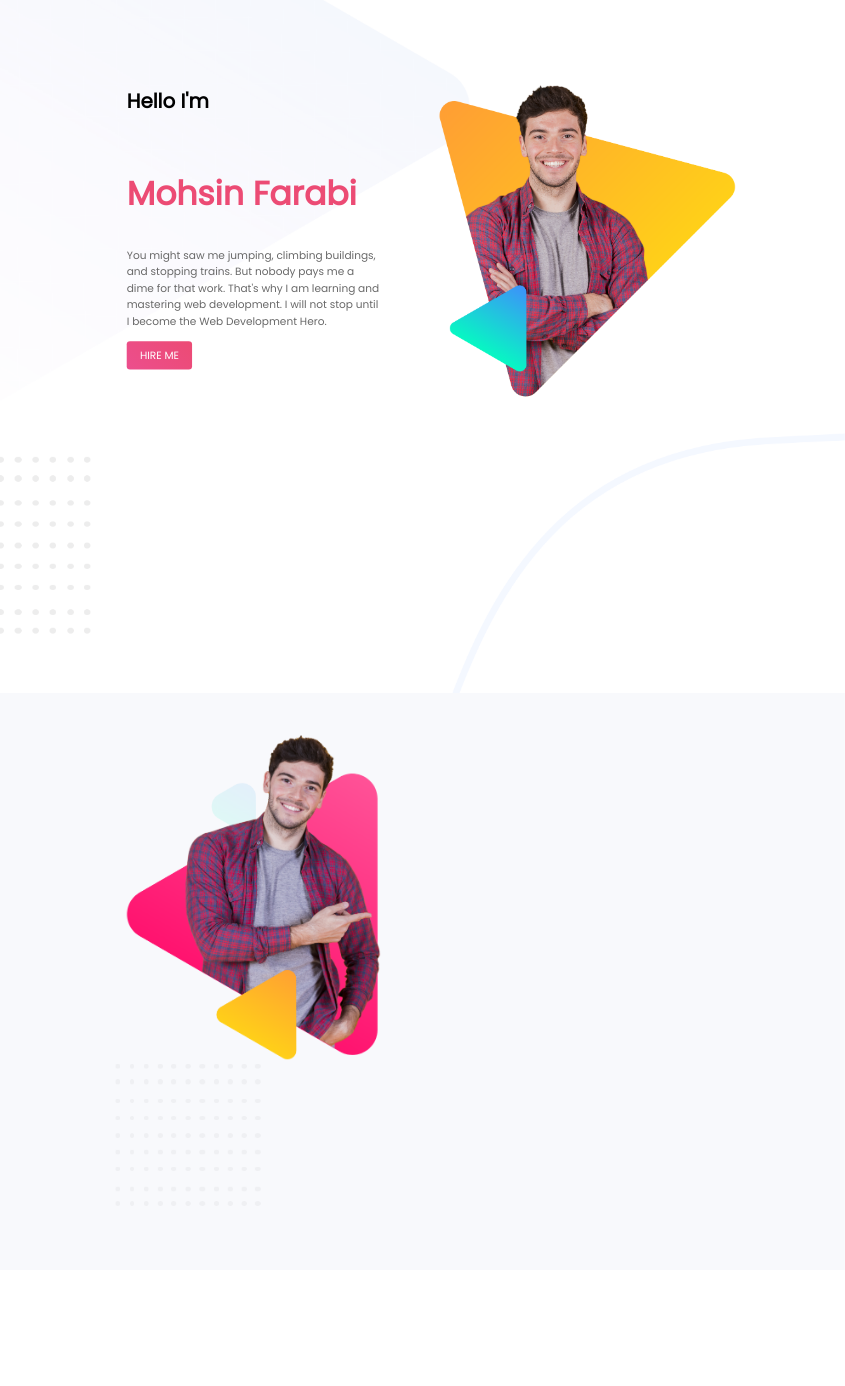
Repository: mohsinfarabi/personal-website
Page: index.html
The author's editor kept a copy of each file at every save. The page is drawn from the files as they stood at one save, then again after a run of saves.
The browser window is 1280 px wide. The pictures show the whole page, at 66% of full size.

Above is the page before, as saved 2020-07-01 15:46:57.

### index.html
<!DOCTYPE html>
<html lang="en">

<head>
    <meta charset="UTF-8">
    <meta name="viewport" content="width=device-width, initial-scale=1.0">
    <link href="https://fonts.googleapis.com/css2?family=Poppins" rel="stylesheet">
    <link rel="stylesheet" href="style.css">
    <title>Farabi - Web Developer</title>
</head>

<body>
    <section class="header-banner">
        <div class="half-width">
            <h3>Hello I'm</h3>
            <h2>Mohsin Farabi</h2>
            <p>You might saw me jumping, climbing buildings, and stopping trains. But nobody pays me a dime for that work. That's why I am learning and mastering web development. I will not stop until I become the Web Development Hero.</p>
            <a class="link-button" target="_blank" href="https://www.linkedin.com/in/mohsin-farabi-68655040/">HIRE ME</a>
        </div>

        <div class="img-width">
            <img src="images/peter.png" alt="">
        </div>
    </section>
    <section class="biography">
        <div class="half-width">
            <img src="images/peter_dream.png" alt="">
        </div>
        <div class="half-width">

        </div>
    </section>



</body>

</html>

### style.css
body {
    margin: 0;
    font-family: 'Poppins', sans-serif;
    width: 100%;
    height: 100%;
}

h2 {
    font-size: 50px;
    color: #ec4b74;
}

h3 {
    font-size: 30px;
}

p {
    color: dimgray;
    margin-bottom: 7%;
}

.half-width {
    width: 30%;
    float: left;
    margin-left: 10%;
    padding: 5%;
}

.half-width h2 {
    padding-top: 10%;
}

.half-width h3 {
    padding-top: 10%;
}

.half-width img {
    width: 100%;
    height: 100%;
}

.img-width {
    width: 35%;
    float: left;
    margin-left: 2%;
    margin-top: 10%;
    padding-left: 0;
}

.img-width img {
    width: 100%;
    height: 100%;
}

section {
    height: 900px;
    padding-bottom: 150px;
}

.link-button {
    text-decoration: none;
    background-image: linear-gradient(45deg, #ec4e8d, #ec4b74);
    padding: 10px 20px;
    border-radius: 5px;
    color: white;
    font-weight: 400;
}

.header-banner {
    background-image: url("images/header-bg.png");
    background-repeat: no-repeat;
}

.biography {
    background-image: url("images/biography-bg.png");
    background-repeat: no-repeat;
}

.latest-work {
    background-image: url("images/latest-work-bg.png");
    background-repeat: no-repeat;
}

After the next 2 saves:
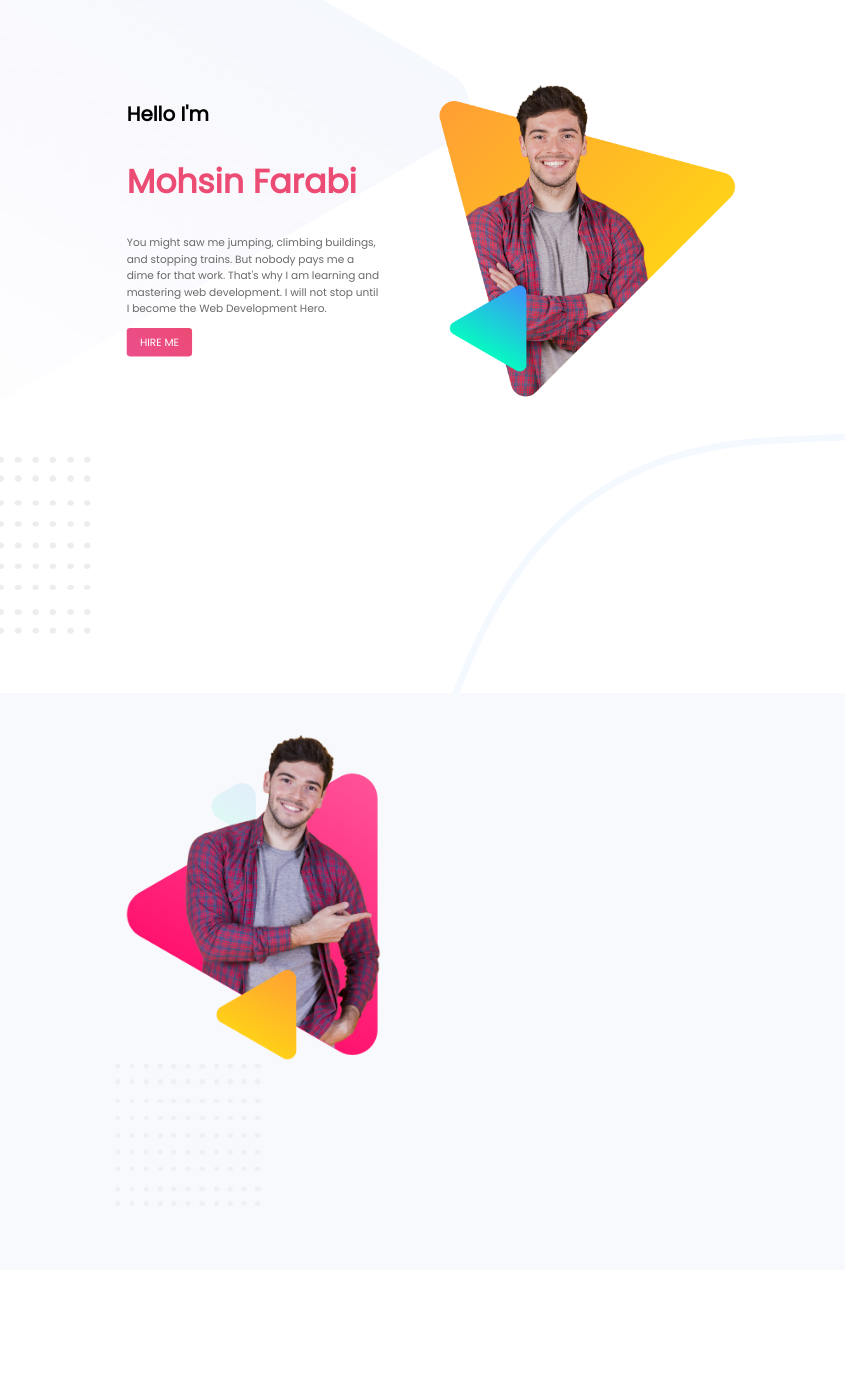
The 2 saves are shown as one change because they came seconds apart.
The last was saved 11 s later.
--- a/style.css
+++ b/style.css
@@ -26,12 +26,10 @@ p {
     padding: 5%;
 }
 
-.half-width h2 {
-    padding-top: 10%;
-}
+.half-width h2 {}
 
 .half-width h3 {
-    padding-top: 10%;
+    padding-top: 15%;
 }
 
 .half-width img {
